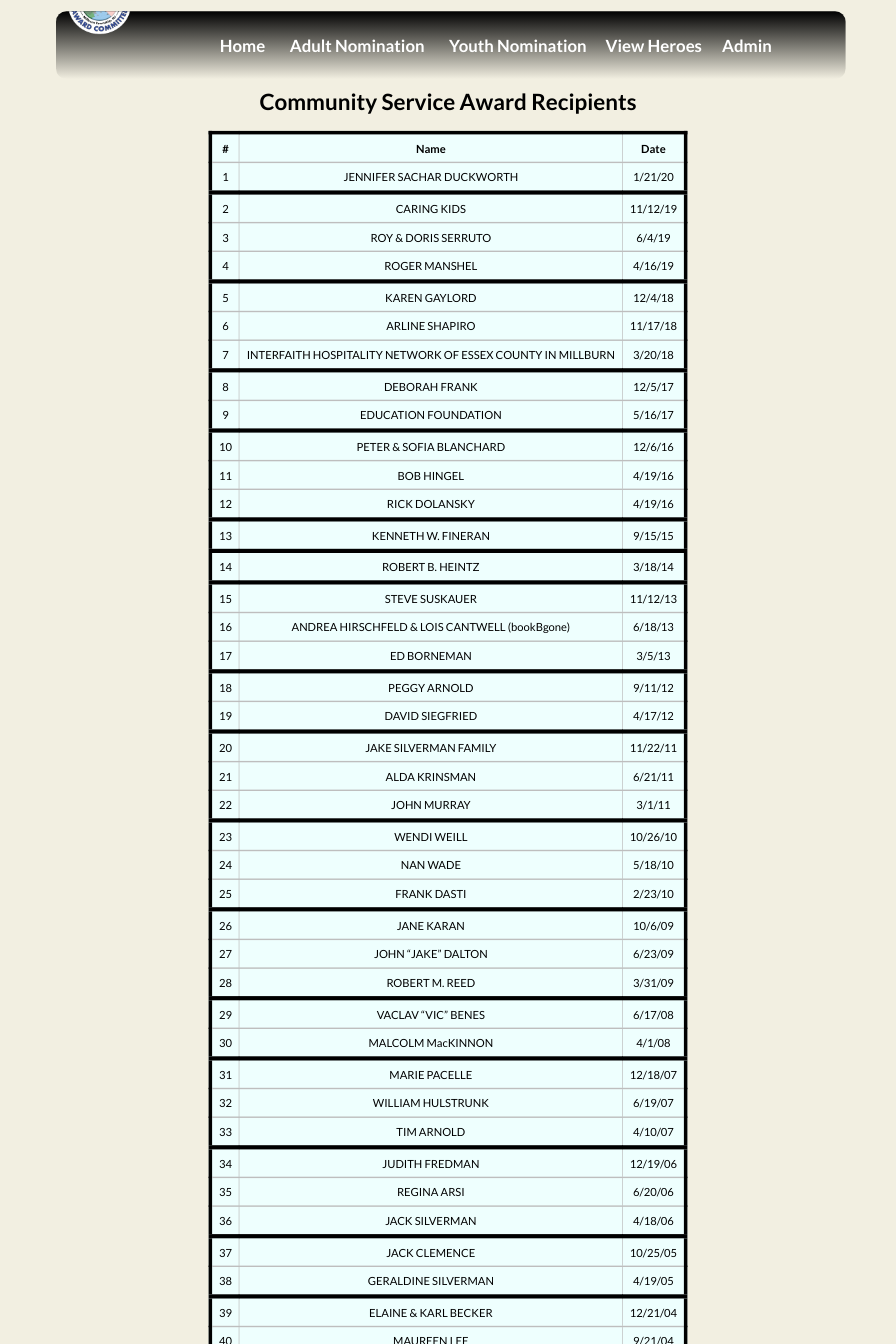
Repository: Centrattic/CSAC
Page: http://localhost/Frontend/before2020.php
The author's editor kept a copy of each file at every save. The page is drawn from the files as they stood at one save, then again after the next save.
The browser window is 1280 px wide. The pictures show the part of the page from y = 0 to 1920 px (the page is 3839 px tall), at 70% of full size.
The page is run by PHP 8.4 with error messages shown; the project is at /var/www/html/.

Above is the page before, as saved 2020-12-22 14:31:32.

After the next save:
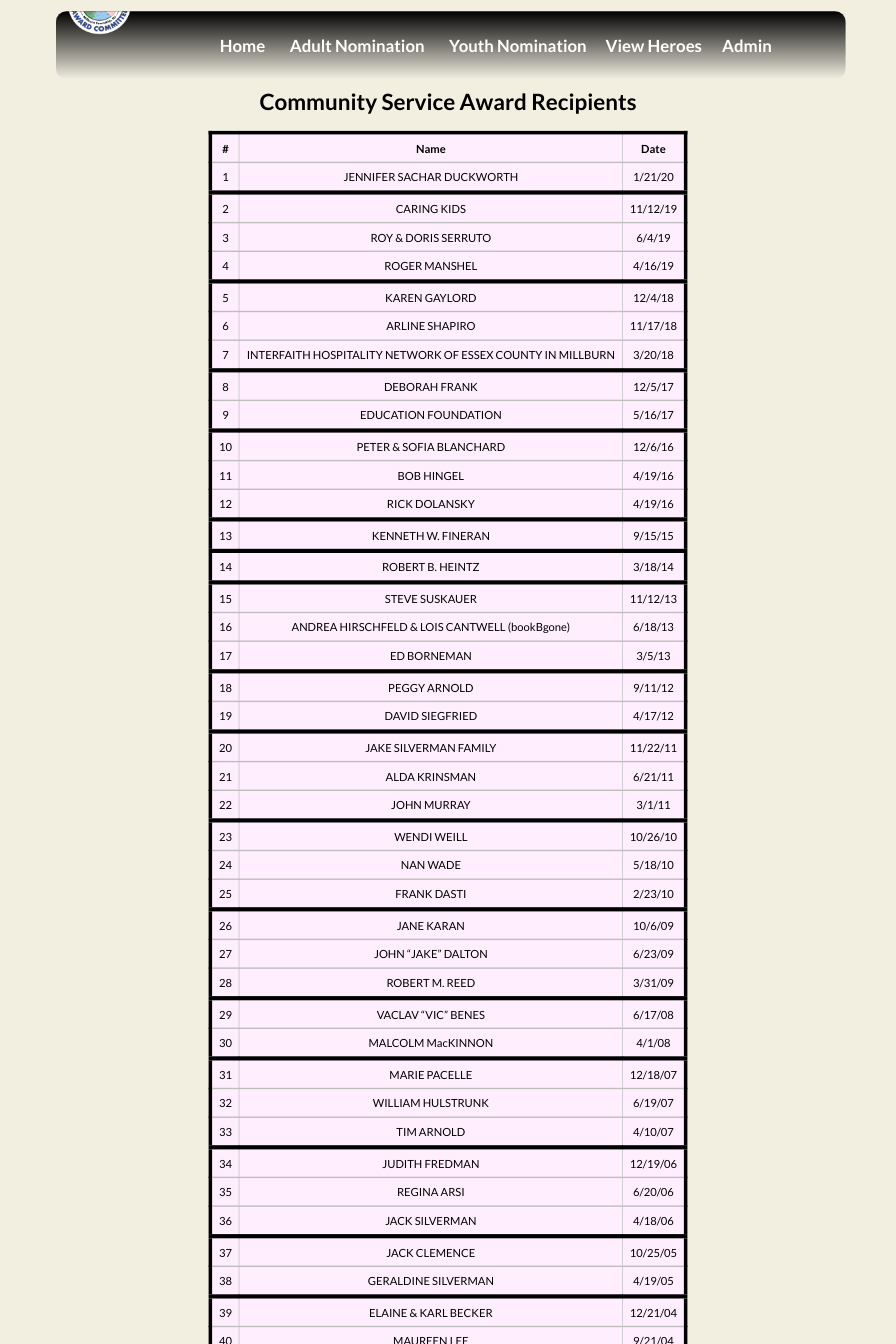
Saved 14 s later.
--- a/Frontend/before2020.php
+++ b/Frontend/before2020.php
@@ -26,7 +26,7 @@ session_start();
             margin: 0 auto;
             border: 5px solid black;
             border-radius: 0px;
-            background-color: #EEFFFE;
+            background-color: #FFEEFE;
             width: 60%;
         }
 
